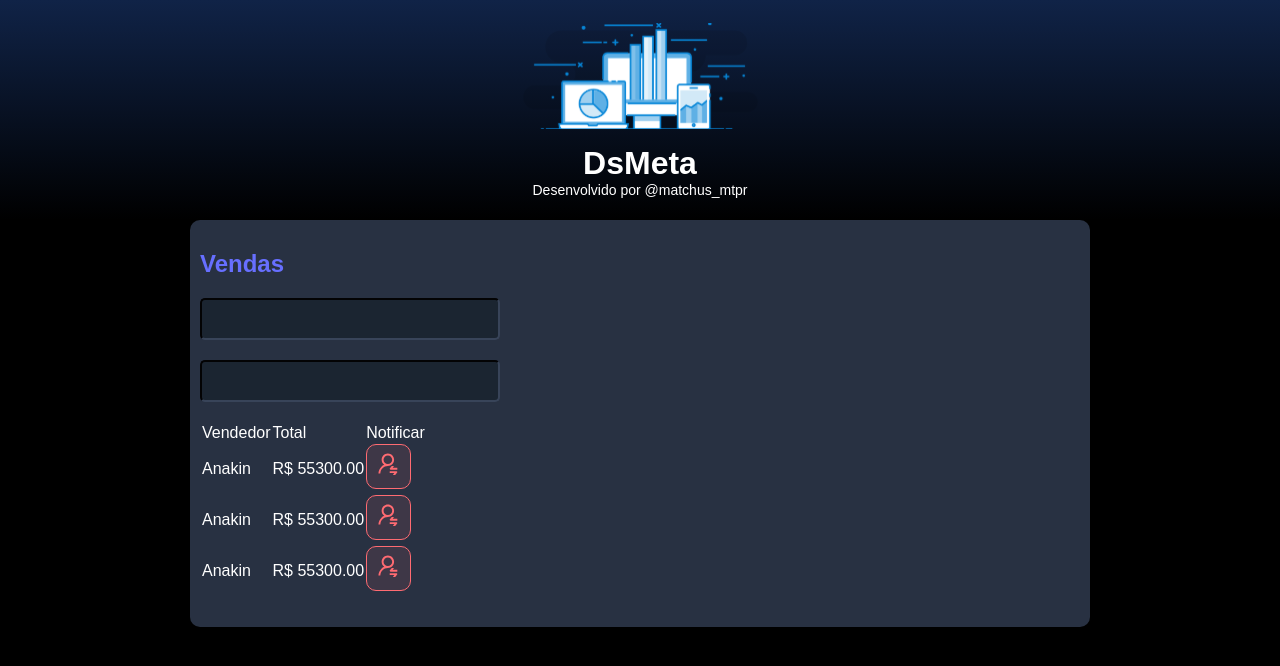
Repository: MatheusAlvesPereiraRosa/ds-meta
Page: index.html
The author's editor kept a copy of each file at every save. The page is drawn from the files as they stood at one save, then again after the next save.
The browser window is 1280 px wide. The pictures show the whole page.

Above is the page before, as saved 2022-09-05 16:10:19.

After the next save:
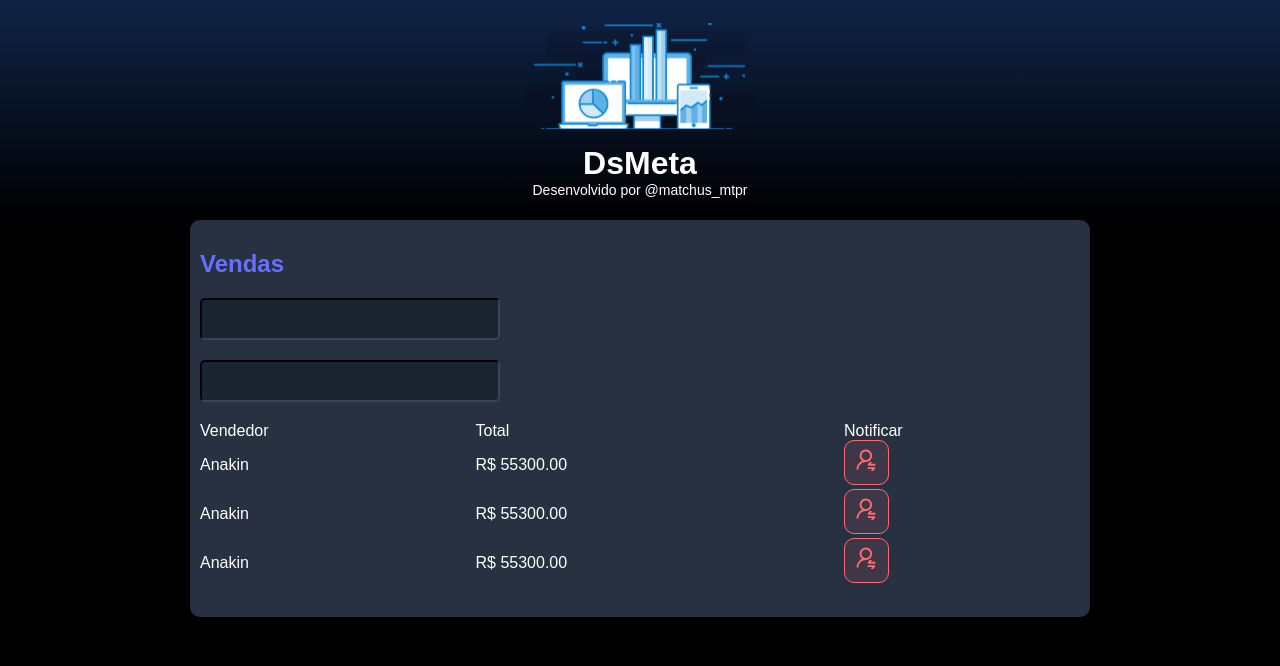
Saved 45 s later.
--- a/styles.css
+++ b/styles.css
@@ -78,6 +78,11 @@ a, a:hover, a:visited {
     font-size: 18px;
 }
 
+.dsmeta-sales-table {
+    width: 100%;
+    border-spacing: 0;
+}
+
 .dsmeta-form-control-container {
     margin-bottom: 20px;
 }
